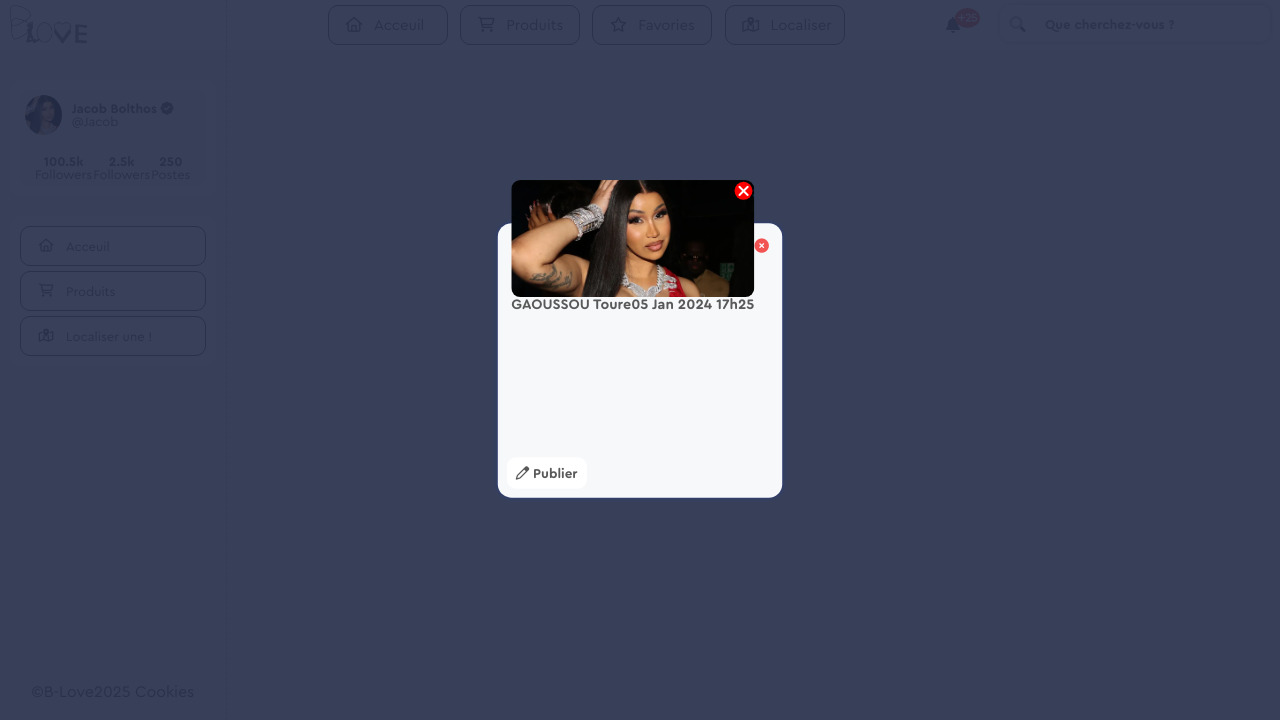
Repository: moomoony-log/b-love
Page: /home
The author's editor kept a copy of each file at every save. The page is drawn from the files as they stood at one save, then again after the next save.
The browser window is 1280 px wide. The pictures show the whole page.
The project was rebuilt for these pictures with package versions that can differ from the ones it lists, and the page was loaded fresh each time. Also part of the build but not shown: vite.config.ts, src/rules/legacy.tsx, src/rules/privacy.tsx, src/components/basic/notification.tsx, src/view/auth.tsx, src/view/main/acceuil.tsx, src/view/main/dashbord.tsx, src/view/main/info-account.tsx and 3 more.

Above is the page before, as saved 2025-10-14 19:07:48.

### index.html
<!--
        ?????????         ?????????        ???????????????????
        ????? ?????     ????? ?????      ??????????   ??????????
        ?????  ?????   ?????  ?????    ????????         ????????
        ?????   ????? ?????   ?????    ??????            ????????
        ?????    ?????????    ?????    ??????            ????????
        ?????      ?????      ?????    ???????          ????????
        ?????                 ?????     ?????????      ????????
        ?????                 ?????        ???????????????????
        ?????                 ?????         ????????????????

    TRAVAIL JUSQU'A CE QU'ON DISE QUE TU ES FRANC-MAÇON
    TRAVAIL JUSQU'A CE QU'ON DISE QUE TU ES FRANC-MAÇON
    TRAVAIL JUSQU'A CE QU'ON DISE QUE TU ES FRANC-MAÇON
-->
<!doctype html>
<html lang="en">
  <head>
    <meta charset="UTF-8">
    <meta name="viewport" content="width=device-width, initial-scale=1.0">
    <meta http-equiv="X-UA-Compatible" content="IE=edge">
    <!-- Inbuilt -->
    <link rel="shortcut icon" href="./img/logoloveb.png" type="image/x-icon">
    <!-- <link rel="stylesheet" href="./vendor/font-awesome-pro/css/all.css">  -->
    <!-- <link rel="stylesheet" href="./css/app.css">  -->
    <title>B!love</title>
  </head>
  <body id="index">
    <div id="main-container"></div>
    <script type="module" src="/src/main.tsx"></script>
  </body>
</html>

### src/main.tsx
import { StrictMode } from 'react'
import { createRoot } from 'react-dom/client'
import App from './app'

createRoot(document.getElementById('main-container')!).render(
  <StrictMode>
    <App />
  </StrictMode>
)

### src/app.tsx

import { createBrowserRouter, RouterProvider } from "react-router-dom";
import Legacy from "./rules/legacy";
import Privacy from "./rules/privacy";
import Main from "./view/main/main";
import Auth from "./view/auth";
import Acceuil from "./view/main/acceuil";
import Dashbord from "./view/main/dashbord";
import "../public/css/app.css"
import "../public/vendor/font-awesome-pro/css/all.css"
import InfoAccount from "./view/main/info-account";
import Account from "./view/main/account";
import BecomeToMember from "./view/main/becomeToMember";
import Product from "./view/main/product";

// import Auth from "./view/auth";

const router =  createBrowserRouter([
	{
		path:'/',
		element:<Auth/>
	},
	{
		path:'/legacy',
		element:<Legacy/>
	},
	{
		path:'/privacy',
		element:<Privacy/>
	},
	{
		path:'/home',
		element:<Main/>,
		children:[
			{
				path:'acceuil',
				element: <Acceuil/>
			},
			{
				path:'dashbord',
				element: <Dashbord/>,
			},
			{
				path: 'product',
				element: <Product/>
			},
			{
				path:'check',
				element: <div>Localisation</div>
			},
			{
				path:'client',
				element: <InfoAccount/>,
				children: [
					{
						path:'compte',
						element: <Account/>
					},
					{
						path:'devenir_membre',
						element: <BecomeToMember/>
					},

				]
			}

		]
	}
])

// --> POINT D'ENTREE DANS L'APP(INDEX --> AUTH)
function App() {
	return <RouterProvider router={router}/>
}

export default App

### src/components/basic/button.tsx
// --> BUTTON COMPONENTS

import { forwardRef } from "react"
import { NavLink, useLocation } from "react-router-dom";

interface buttonProps {
    type: 'submit' | 'button',
    name?: string,
    icon?:string,
    color?: string,
    outline?: string,
    small?: 'small' | 'small-1' | 'small-2' | 'small-3',
    navigate?: string,
    children: boolean,
    border?: boolean,
    to: string | false,
    inner?:string,
    disable?:boolean,
    onclick?: () => unknown
}

const Button = forwardRef<HTMLButtonElement, buttonProps>(
  ({ name, icon, color, outline, small, navigate, inner, disable, children,border, to, onclick }, ref) => {
    const location = useLocation()
    return (
      <button
        ref={ref}
        type="button"
        className="ui-btn"
        name={name}
        color={color}
        {...(outline ? { "data-outline": "" } : {})}
        {...(disable ? { disabled: true } : {})}
        {...(navigate ? { "data-navigate": "" } : {})}
        {...(inner ? { "data-inner": "" } : {})}
        {...(small ? { "data-size" : small} : {})}
        {...(border ? { "data-border": "" } : {})}
        {...(to && location.pathname === to ? { "data-active": "" } : {})}
        onClick={onclick}
      >
        { (!children && !to ) && name } { icon && (!children && !to ) && <i className={icon}></i> }

        { (children && to) && <NavLink to={to}>  <i className={icon}></i>  {name} </NavLink> }

      </button>
    );
  }
);

export default Button

### src/components/basic/modals/pubItem.tsx
// --> Item Publication Modal

const ItemPub = () => {
    return(
        <>
        <div className="modal" data-name="pub-item" data-show>
                <div className="box">
                    <div className="modal-head">
                        <div className="title">
                            <div className="cont-account-img" data-name="publication"><img src="../img/cardi_b.webp"/></div>
                            <div className="identity">
                                <span>GAOUSSOU Toure</span>
                                <span>05 Jan 2024 17h25</span>
                            </div>
                         </div>
                        <span className="exit"><i className="fa-solid fa-circle-xmark"></i></span>
                    </div>
                    <div className="body">


                    </div>
                    <div className="controler">
                        <button type="button" className="ui-btn" name=""  data-size="large"  color=""> <i className="fa-regular fa-pen"></i> Publier</button>
                    </div>
                </div>
            </div>
        </>
    )
}

export default ItemPub

### public/css/config/config.css
/* Style global de configuration */

/* Police d'ecriture */
/* Cera */
@font-face{
    font-family: 'Cera';
    src: url('../../font/cera-round-pro/CeraRoundPro-Bold.otf');
    font-weight: bold;
}
@font-face {
    font-family: 'Cera';
    src: url('../../font/cera-round-pro/CeraRoundPro-Regular.otf');
    font-weight: normal;
}

/* body{
    display: flex !important;
    padding: 5px;
    height: 100%;
    width: 100%;
    position: absolute;
    top: 0;
    left: 0;
    overflow: hidden;
} */
body *{
    box-sizing: border-box;
    font-family: 'Cera', sans-serif;
    font-weight: bold;
}

button:focus, input:focus, textarea:focus, select:focus {
    outline: none;
}

button {
    cursor: pointer;
    border: none;
}

h1, h2, h3, h4, h5, p {
    color: inherit;
    margin: 0;
    padding: 0;
    text-decoration: inherit;
}

img{
    height: inherit;
    max-width: 100%;
}

### public/css/component/components.css
 /* Imporation des dependances */
 @import url('input.css');
 @import url('button.css');
 @import url('img.css');
 @import url('notification.css');
 @import url('loader.css');
 @import url('table.css');
 @import url('./modals/modal.css');

 @keyframes text{
    0%{
        transform: translateX(100%);
    }
    100%{
        transform: translateX(-100%);
    }
 }

### public/css/views.css
/* --> Css relative à toutes les vues communes  */
@import url('views/auth.css');
@import url('views/legacy.css');
@import url('views/privacy.css');

### public/css/animation.css
@keyframes reotateInner {
    from {
       transform: rotate(0);
    }
    to{
       transform: rotate(180deg);
    }
 }
 @keyframes Online {
    0%, 100% {
       transform: scale(1.5);
       opacity: 1;

    }
    50% {
       transform: scale(0.5);
       /* opacity: 0.5; */
    }
 }
  @keyframes Online2 {
    0%, 100% {
       opacity: 1;

    }
    50% {
       opacity: 0.5;
    }
 }
 @keyframes spin {
   0%{
      transform: rotate(0deg);
   }
   100%{
      transform: rotate(360deg);
   }

 }
  @keyframes opa {
   0%{
      opacity: .4;
   }
   100%{
      opacity: 1;
   }

 }

### public/css/utils/utils.css
@import url('variable.css');
@import url('helper.css');

### public/css/utils/variable.css
/* Variables */
:root{
    --color-white: #ffffff;
    --color-gray-soft: #F6F8FA;
    --color-gray-medium: #b0b0b0;
    --color-gray-hard: #595959;
    --color-gray-hard-1: #7f7f7f;
    /* --color-gray-hard-3: #d4d2d246; */
    --color-gray-hard-3: #f2f2f2e7;
    --color-gray-hard-5: #f2f2f2;
    --color-gray-hard-4: #5959592f;
    --color-blue-lite: #dbf5ff;
    --color-blue-soft: #00B0F0;
    --color-blue-soft-2: #9ab9dc;
    --color-blue-hard: #2A6EBB;
    --color-green-lite: #aefecf;
    --color-green-lite-2: #80d6a4;
    --color-green-hard: #41cf7c;
    --color-red-lite: #ffcdcd;
    --color-red-soft: #f58e8e;
    --color-red-hard: #f25353;
    --shadow-one: 0 0 5px #eee;
    --shadow-two: 0 0 5px #84b1c3;
    --shadow-3: 0 0 4px #bababa;
    --bezier-1: cubic-bezier(0.68, -0.55, 0.27, 1.55);
}

### public/css/utils/helper.css
/* cool-scroll-bar */
.cool-scroll-bar::-webkit-scrollbar{
    width: 3px;
    height: 3px;
    border-radius: 50px !important;
    background-color: var(--color-gray-soft);
    box-shadow: 0 0 5px var(--color-gray-soft);
}
.cool-scroll-bar::-webkit-scrollbar-thumb{
    background-color: var(--color-gray-medium);
    border-radius: 50px !important;
}

### public/css/views/legacy.css
.legacy {
    z-index: 10;
    height: 100%;
    padding: 20px;
    overflow: auto;
}
.legacy p{
    font-size: 40px;
}

### public/css/component/img.css
/* ---> CSS DES COMPOSANTS IMAGES */
.cont-account-img{
    overflow: hidden;
    position: relative;
    cursor: pointer;
}
.cont-account-img[data-name="account"]{
    height: 40px;
    width: 50px;
    border-radius: 50%;

}
.cont-account-img[data-name="pub"]{
    height: 40px;
    width: 50px;
    border-radius: 50%;

}
/* image compte publication */
.cont-account-img[data-name="my-post"]{
    width: 65px;
    height: 65px;
    border-radius: 5px;
}

/* image compte publication */
.cont-account-img[data-name="pub-2"]{
    min-width: 35px;
    max-width: 35px;
    height: 35px;
    border-radius: 50%;
}
.cont-account-img[data-name="like"]{
    width: 20px;
    height: 20px;
    border-radius: 50%;
}
.cont-account-img[data-name="product"]{
    /* width: 100px; */
    height: 150px;
    border-radius: 10px;
    margin-bottom: 20px;
}
.cont-account-img[data-name="info-account"]{
    height: 130px;
    width: 130px;
    border-radius: 50%;
}
.cont-account-img[data-name="pub-item"]{
    height: 30px;
    width: 30px;
    border-radius: 10px;
}
.cont-account-img[data-name="publication"]{
    height: 130px;
    min-width: 100px;
    border-radius: 10px !important;
    position: relative;
}
.cont-account-img[data-name="publication"] img{
    cursor: move;
}
.cont-account-img[data-name="publication"]::after{
    content: '\f00d';
    position: absolute;
    background-color: red;
    font-size: 18px;
    text-align: center;
    border-radius: 10px;
    color: white;
    height: 20px;
    width: 20px;
    line-height: 20px;
    top: 2px;
    font-family: 'Font Awesome 6 Pro';
    right: 2px;

}
.cont-account-img img{
    height: 100%;
    width: 100%;
    object-fit: cover;
    position: absolute;
    display: block;
}
.cont-account-img video{
    height: 100%;
    width: 100%;
    object-fit: cover;
    position: absolute;
    display: block;
}
/* Image du logo */
.logo-content img{
    height: 40px;
}
.marketing-img{
    width: 50%;
    height: 100%;
}
#app-content-right .head .logo-content img{
    height: 35px;
}
.container-my-pub .item-pub img{
    width: 100%;
    height: 100%;
    object-fit: cover;
    border-radius: 5px;
    cursor: pointer;
}
/* Image de publié */
/* Grille d'images style Facebook */

.pub-content .medias-body .cont-account-img{
    border-radius: 0px;
    width: 100%;
    height: 100%;
    justify-content: center;
    align-items: center;
    overflow: hidden;
}
.pub-content .medias-body .cont-account-img[data-img]::before{
    content: attr(data-img);
    font-size: 14px;
    background-color: white;
    font-weight: lighter;
    position: absolute;
    color: var(--color-gray-hard-1);
    height: 25px;
    width: 100px;
    border-radius: 10px;
    text-align: center;
    line-height: 25px;
    right: 5px;
    top: 5px;
    z-index: 40;
}
.pub-content .medias-body .cont-account-img img{
    max-width: 100%;
    max-height: 100%;
    object-fit: contain; /* conserve le ratio */
}
 .pub-content .medias-body .cont-account-img  iframe{
    position: absolute;
    top: 0;
    left: 0;
    width: 100%;
    height: 100%;
}
  .container-my-pub .item-pub video{
    width: 100%;
    height: 100%;
    cursor: pointer;
    border-radius: 5px;
    background-color: black;
}
/*
.pub-content {
    width: 100%;
} */

/* .pub-content .cont-account-img:hover img {
    transform: scale(1.03);
}  */

### public/css/views/privacy.css
.privacy {
    z-index: 10;
    height: 100%;
    padding: 20px;
    overflow: auto;
}
.privacy p{
    font-size: 40px;
}

### public/css/component/notification.css
/* CSS DES GRILLES DE NOTIFICATIONS */
#notification{
    position: absolute;
    right: 0;
    z-index: 900;
    width: 350px;
    bottom: 0;
    padding: 5px;
    display: flex;
    justify-content: flex-end;
    align-items: center;
    flex-direction: column;
    gap: 10px;
}

#notification .notif-item{
    width: 320px;
    max-height: 60px;
    box-sizing: border-box;
    background-color: var(--color-white);
    display: none;
    align-items: center;
    overflow: hidden;
    gap: 5px;
    padding: 10px;
    border-radius: 10px;
    opacity: 0;
    transform: scale(0);
    box-shadow: 0 0 7px -2px var(--color-gray-hard-1);
    transition: transform .3s cubic-bezier(0.68, -0.55, 0.27, 1.55), opacity .2s ease-in-out, max-height .3s ease-in-out;
}
#notification .notif-item .notif-text-content{
    margin-right: auto;
}

#notification .notif-item[data-show]{
    opacity: 1;
    transform: scale(1);
    display: flex;
}

#notification .notif-item .icon{
    height: 35px;
    width: 35px;
    line-height: 35px;
    text-align: center;
    font-size: 15px;
    border-radius: 50%;
    position: relative;
    z-index: 2;
    color: var(--color-white);
}

#notification .notif-item .icon::before{
    position: absolute;
    text-align: center;
    left: 0;
    font-size: 35px;
    content: '\f335';
    font-family: 'Font Awesome 6 Pro';
    z-index: -1;
}

#notification .notif-item .exit{
    text-align: center;
    margin-left: 5px;
    border-radius: 50%;
    cursor: pointer;
    color: #cccccc;
}

#notification .notif-item[data-name="exit"] {
    border-left: 5px solid var(--color-red-soft);
}
#notification .notif-item[data-name="exit"] .exit{
    color: var(--color-red-soft);
}
#notification .notif-item[data-name="good"] .exit{
    color: var(--color-green-lite-2);
}
#notification .notif-item[data-name="exit"]:hover{
    box-shadow: 0 0 7px -2px var(--color-red-hard);
}
#notification .notif-item[data-name="good"]:hover{
    box-shadow: 0 0 7px -2px var(--color-green-hard);
}
#notification .notif-item[data-name="await"]:hover{
    box-shadow: 0 0 7px -2px var(--color-gray-hard);
}
.notif-item[data-name="exit"] .icon::before{
    color: var(--color-red-soft);
}
#notification .notif-item[data-name="await"]{
    border-left: 5px solid #cccccc;
}
.notif-item[data-name="good"] .icon::before{
    color: var(--color-green-lite-2);
}
.notif-item[data-name="await"] .icon::before{
    color: #cccccc;
}
#notification .notif-item[data-name="good"]{
    border-left: 5px solid var(--color-green-lite-2);
}
#notification .notif-item .title{
    text-wrap: nowrap;
    color: var(--color-gray-hard-1);
    font-size: 13px;
}
#notification .notif-item .text{
    font-size: 12px;
    display: flex;
    overflow: hidden;
    max-width: 240px;
    text-overflow: ellipsis;
    font-weight: lighter;
}

/* RESPONSIVE STATE */
@media (max-width: 344px) {
    #notification{
        width: 300px;
    }
    #notification .notif-item{
        width: 290px;
        max-height: 80px;
    }
    #notification .notif-item .icon::before{
        left: -2px;
    }
}

### public/css/component/loader.css

/* CSS DU COMPOSANT DE CHRAGEMENT */
#loader{
    position: absolute;
    display: flex;
    flex-direction: column;
    width: 100%;
    gap: 10px;
    height: 100%;background-color: rgba(255, 255, 255, 0.744);
    justify-content: center;
    align-items: center;
    z-index: 1000;
}

#loader .spinner{
    height: 60px;
    width: 60px;
    display: flex;
    justify-content: center;
    align-items: center;
    position: relative;
    animation: spin 2s linear infinite;
}
#loader .spinner::before{
    content: '';
    height: 100%;
    width: 100%;
    position: absolute;
    border-radius: 50%;
    border: solid 4px var(--color-gray-hard-3);
}
#loader .spinner::after{
    content: '';
    height: 100%;
    width: 100%;
    position: absolute;
    border-radius: 50%;
    border: solid 4px transparent;
    border-left-color:var(--color-gray-hard-1);
    animation: spin 0.8s linear infinite, opa 0.8s ease-in-out infinite alternate-reverse;
}
#loader img{
    width: 95px;
    height: 50px;
}
#loader i{
    font-size: 20px;
}
#loader .i{
   background-color: var(--color-gray-hard-);
   padding: 7px;
   display: flex;
   align-items: center;
   justify-content: center;
   border-radius: 5px;
}

### public/css/component/table.css
.infos-personnels[data-name="statut"] .availability table{
    border-collapse: collapse;
    width: 100%;
    background-color: var(--color-white);
    text-align: center;
    font-size: 13px;
}
.availability table th,
.availability table td{
    height: 40px;
    padding: 3px;
}
.availability table td:last-child{
    text-align: right;
}
.availability table tbody tr:hover{
    background-color: var(--color-gray-hard-3);
}

.cont-my-post table{
    width: 100%;
    border-spacing: 0 5px;
    background-color: var(--color-white);
    text-align: center;
    padding: 5px;
    border-radius: 5px;
}
.cont-my-post table tbody td:last-child button{
    background-color: white;
    margin-left: 5px;
}
.cont-my-post table tbody tr:hover td{
    background-color: var(--color-white);
}
.cont-my-post table tbody tr:hover td:last-child button{
    background-color: var(--color-gray-hard-3);
}

.cont-my-post table tbody td{
    padding: 5px;
    background-color: var(--color-gray-hard-3);
    font-weight: lighter;
    margin: 10px;
}
.cont-my-post table tbody td:last-child{
    text-align: right;
}


@media (max-width: 855px) {
    .cont-my-post table{
        font-size: 12px;
    }
    .cont-my-post table tbody td:last-child{
        display: flex;
        flex-direction: column;
        margin: 0;
        gap: 5px;
    }
}

@media (max-width: 355px) {
    .cont-my-post table tbody td:last-child{
        font-size: 11px;
    }
}

### public/css/component/modals/modal.css
/* @import url('./modals/registration.css'); */
@import url('./publication.css');
@import url('./confirm.css');

#modals .modal{
    position: fixed;
    display: none;
    align-items: center;
    left: 0;
    top: 0;
    justify-content: center;
    height: 100%;
    width: 100%;
    background-color: #262f4ae8;
    z-index: 1000;
    transition: opacity .6s ease-in-out;
    animation: show-modal .5s ease-in-out;
 }
.modal .box{
    background-color:var(--color-gray-soft);
    min-width: 300px;
    max-width: 1300px;
    min-height: 270px;
    box-shadow: 0 0 5px 0px #263b80;
    padding: 10px;
    border-radius: 15px;
    opacity: 1;
    transform: scale(.9);
    flex-direction: column;
    gap: 10px;
    animation: show-box .6s ease-in-out forwards;
}

.modal:active .box{
    animation: show-box .6s ease-in-out forwards, show-cont .1s ease-in-out;
}
 /* Animation > Affichage > Masquage */
.modal[data-show]{
   display: flex !important;
}
.modal[data-show] .box{
   display: flex !important;
}
.modal[hide]{
   opacity: 0;
}
.modal[hide] .box{
    animation: hide-box .5s ease-in-out forwards;
}
.modal .box .modal-head{
   height: 30px;
   display: flex;
   padding: 0 5px;
   justify-content: space-between;
   align-items: center;
}
.box .modal-head .title i{
   height: 25px;
   width: 25px;
   line-height: 25px;
   text-align: center;
   border-radius: 5px;
   color: var(--color-white);
   background-color: var(--color-gray-hard-1);
}
.box .modal-head .exit i{
   color: var(--color-red-hard);
   cursor: pointer;
}
.modal .box .body{
   min-height: 200px;
   border-radius: 10px;
   padding: 5px;
}
.modal .box .controler{
   width: 100%;
   display: flex;
   gap: 30px;
 }

### public/css/component/modals/confirm.css
.modal[data-name="confirm"] .box .body{
   display: flex;
   background-color: var(--color-white);
   display: flex;
   flex-direction: column;
   justify-content: center;
   align-items: center;
   position: relative;
}
.modal[data-name="confirm"] .box .body::after{
    content: '';
    height: 100%;
    width: 100%;
    border-radius: 10px;
    position: absolute;
    animation: Online2 1s ease-in-out infinite;
}
.modal[data-name="confirm"] .box .body .icon{
    height: 75px;
    width: 75px;
    font-size: 50px;
    line-height: 75px;
    text-align: center;
    border-radius: 10px;
    margin-bottom: 5px;
}
.modal[data-name="confirm"] .box .body .title{
    font-size: 20px;
    margin-bottom: 20px;
}
.modal[data-name="confirm"] .box .body .confirm-text{
    font-weight: lighter;
}

.modal[data-name="confirm"] .box .body[type="exit"]::after{
    background-color: rgba(255, 17, 17, 0.066);
}
.modal[data-name="confirm"] .box .body[type="exit"] .icon{
    box-shadow: 0 0 7px -4px var(--color-red-hard);
    background-color: var(--color-red-lite);
    color: var(--color-red-soft);
}
.modal[data-name="confirm"] .box .body[type="exit"] .title{
    color: var(--color-red-soft);
}

.modal[data-name="confirm"] .box .body[type="good"]::after{
    background-color: rgba(17, 184, 255, 0.077);
}
.modal[data-name="confirm"] .box .body[type="good"] .icon{
    box-shadow: 0 0 7px -4px var(--color-blue-hard);
    background-color: var(--color-blue-lite);
    color: var(--color-blue-soft);
}
.modal[data-name="confirm"] .box .body[type="good"] .title{
    color: var(--color-blue-soft);
}

### src/utils/utils.ts
class Utils {

    static emailValidation(email: string) : boolean {
        const emailRegex :RegExp = /^[^\s@]+@[^\s@]+\.[^\s@]+$/
        return emailRegex.test(email)
    }

    static inputValue(value: string, minLenght: number) : boolean {
        const inputRegex :RegExp = /^[A-Za-zÀ-ÖØ-öø-ÿ\s]+$/

        if (value.length > minLenght && inputRegex.test(value)) return inputRegex.test(value)
        else return false
    }

    static passwordValidation = (value: string):boolean => {
        const passwordRegex: RegExp = /^(?=.*?[A-Z])(?=.*?[a-z])(?=.*?[0-9])(?=.*?[#?!@$%^&*-]).{8,}$/g
        if (passwordRegex.test(value)) return true
        else return false
    }

    static otpValidation = (value: string):boolean => {
        const otpRegex : RegExp = /^[0-9]+$/gm
        if(otpRegex.test(value) && value.length === 1) return true
        else return false
    }

}

export default Utils

Loaded but not shown: public/vendor/font-awesome-pro/css/all.css (library); public/css/app.css (2376 lines, source omitted); src/view/main/main.tsx (184 lines, source omitted); src/components/basic/input.tsx (178 lines, source omitted); public/css/views/auth.css (265 lines, source omitted); public/css/component/input.css (227 lines, source omitted); public/css/component/button.css (209 lines, source omitted); public/css/component/modals/publication.css (141 lines, source omitted)

After the next save:
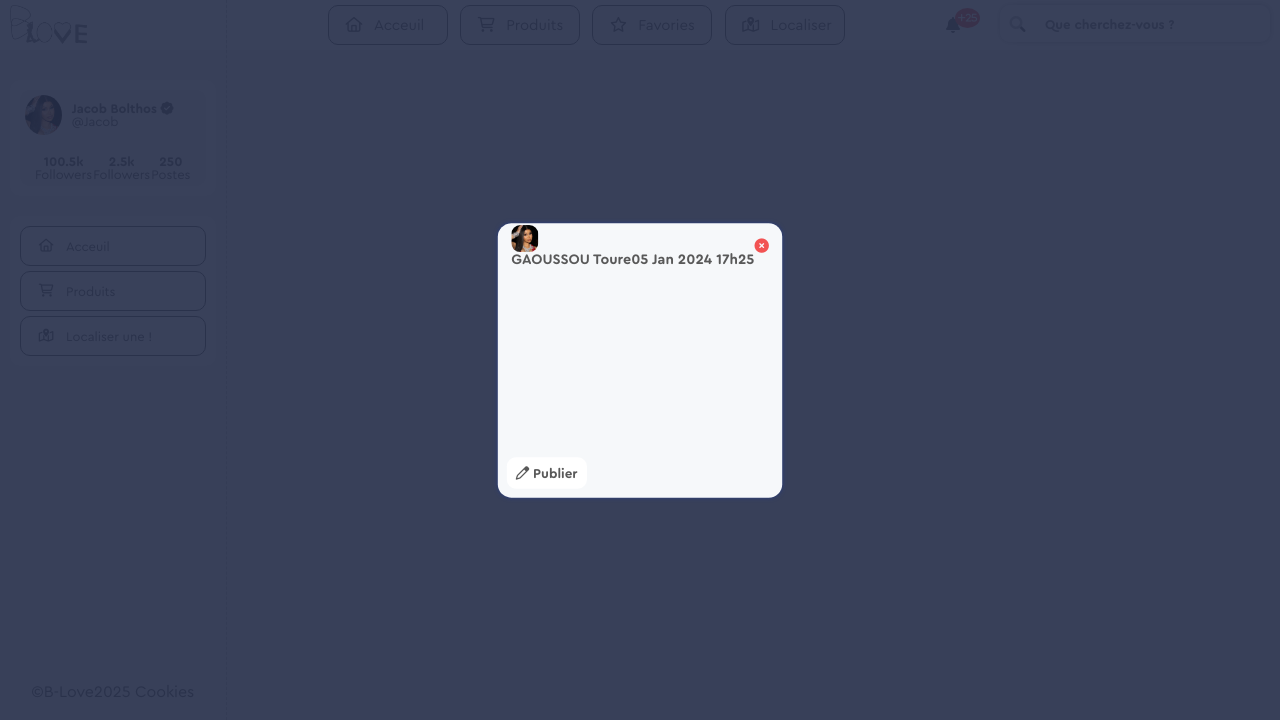
Saved 19 s later.
--- a/src/components/basic/modals/pubItem.tsx
+++ b/src/components/basic/modals/pubItem.tsx
@@ -7,7 +7,7 @@ const ItemPub = () => {
                 <div className="box">
                     <div className="modal-head">
                         <div className="title">
-                            <div className="cont-account-img" data-name="publication"><img src="../img/cardi_b.webp"/></div>
+                            <div className="cont-account-img" data-name="pub-item"><img src="../img/cardi_b.webp"/></div>
                             <div className="identity">
                                 <span>GAOUSSOU Toure</span>
                                 <span>05 Jan 2024 17h25</span>
